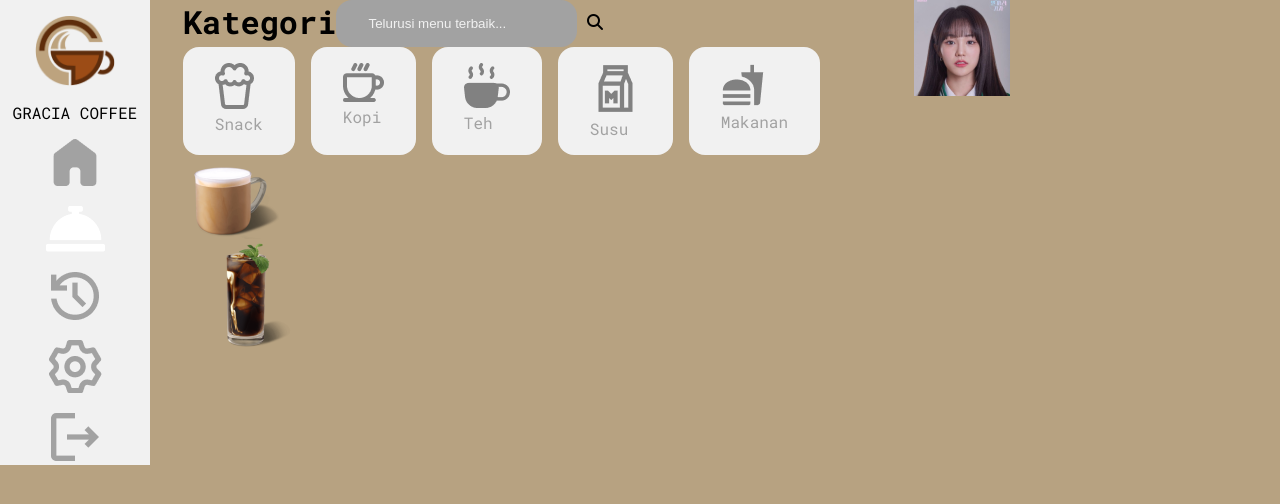
Repository: DanielChuaaa/sbd2
Page: index.html
An editor plug-in stored every save of this project. The page is shown before and after the next save, followed by the edit.
The browser window is 1280 px wide. The pictures show the whole page.
Some web libraries are served in a nearby version.

Above is the page before, as saved 2023-10-20 11:12:53.

After the next save:
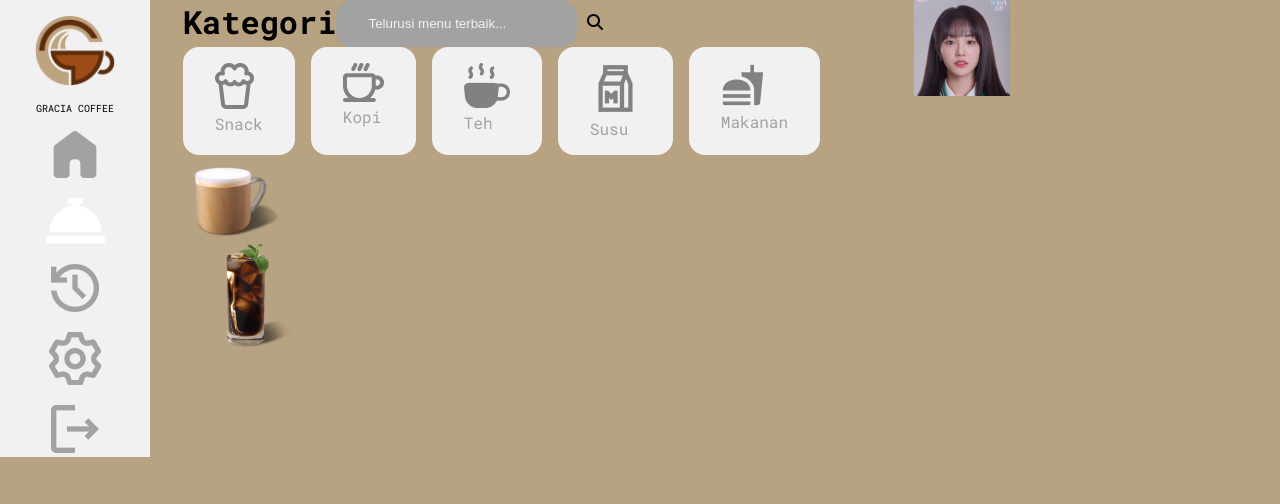
Saved 31 s later.
--- a/style.css
+++ b/style.css
@@ -41,6 +41,10 @@ body{
     gap: 1rem;
 }
 
+.iconParent p{
+    font-size: 10px;
+}
+
 .icon{
     margin-top: 1rem;
 }
